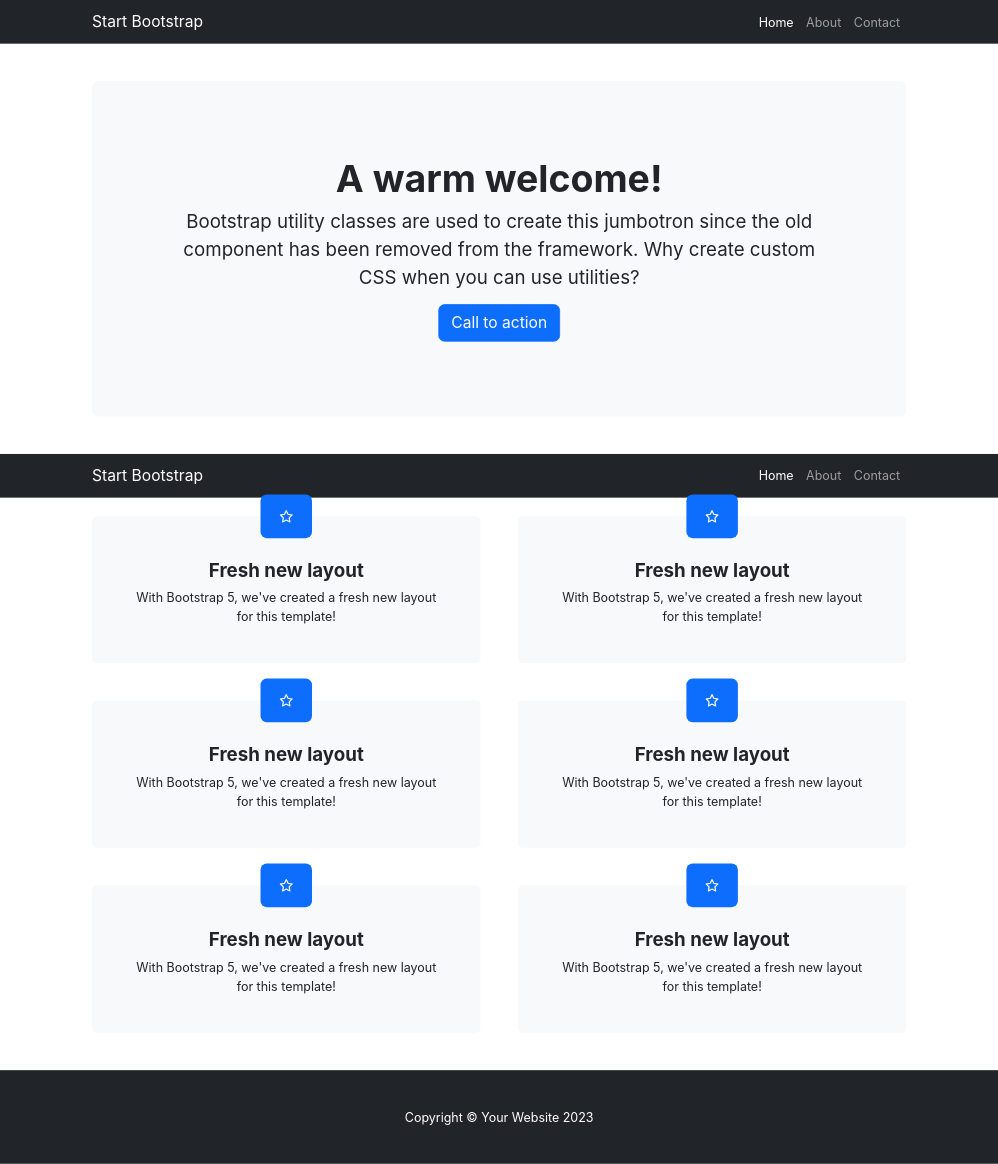
Repository: maitan0705/MaiThanhTan_BC43_BT1_react
Page: /
These files come from the project's save history. The page is drawn as it stood at one moment and after a run of saves; the edit follows.
The browser window is 1280 px wide. The pictures show the whole page, at 78% of full size.
The project was rebuilt for these pictures with package versions that can differ from the ones it lists, and the page was loaded fresh each time.

Above is the page before, as saved 2023-04-09 21:54:20.

After the next 3 saves:
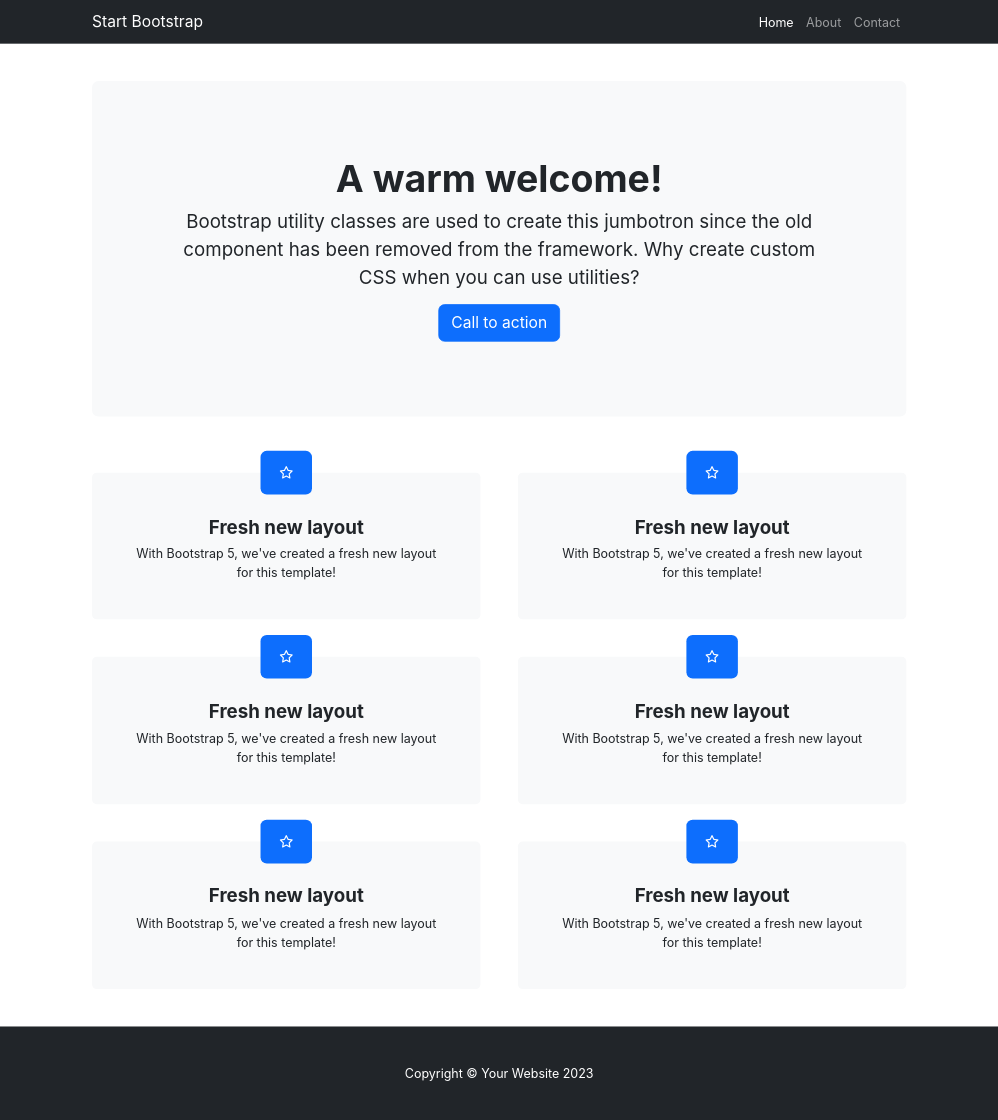
The 3 saves are shown as one change because they came seconds apart.
The last was saved 13 s later.
--- a/src/components/Body.js
+++ b/src/components/Body.js
@@ -6,7 +6,6 @@ export default class Body extends Component {
     render() {
         return (
             <div>
-                <Banner />
                 <section class="pt-4">
                     <div class="container px-lg-5">
                         <div class="row gx-lg-5">
